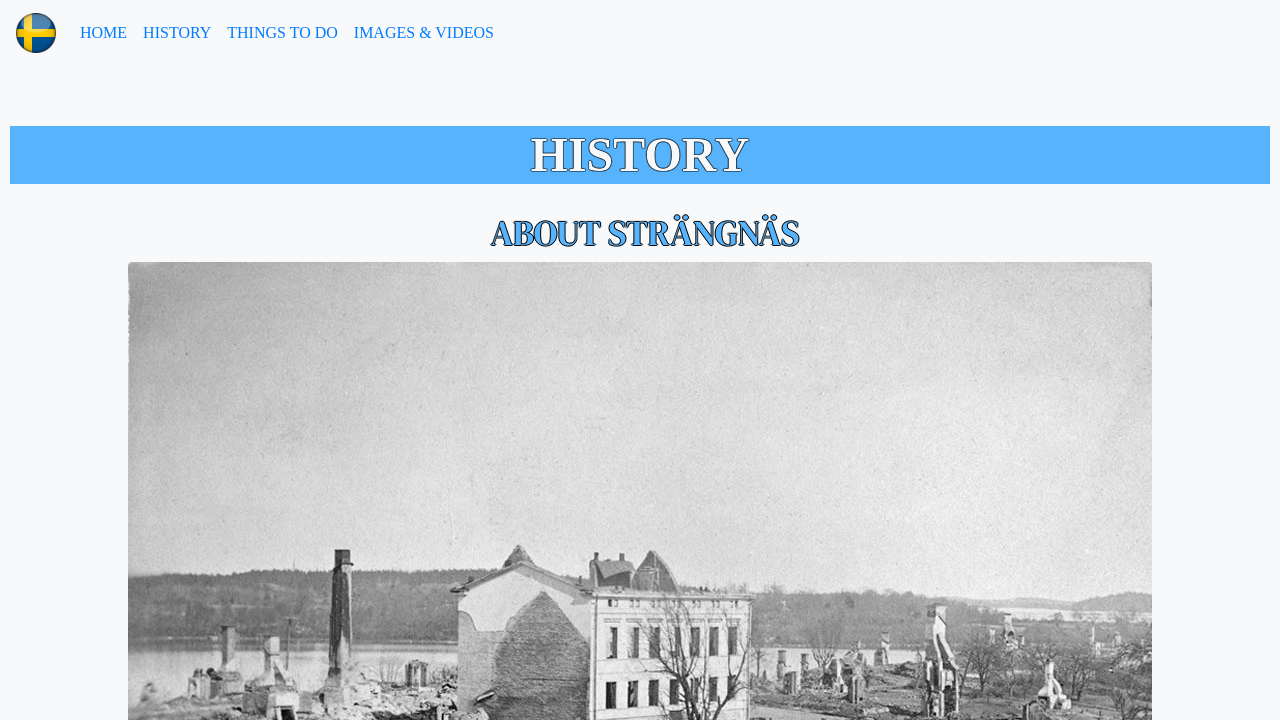
Repository: kososwede/first-project
Page: history.html
The author's editor kept a record of every edit. The page is drawn from the files as they stood at one moment, then again after the next edit.
The browser window is 1280 px wide. The pictures show the whole page.
An inner scrolling area shows only its first screen. Some web fonts or font styles are not loaded; a fallback is used.

Above is the page before.

After the next edit:
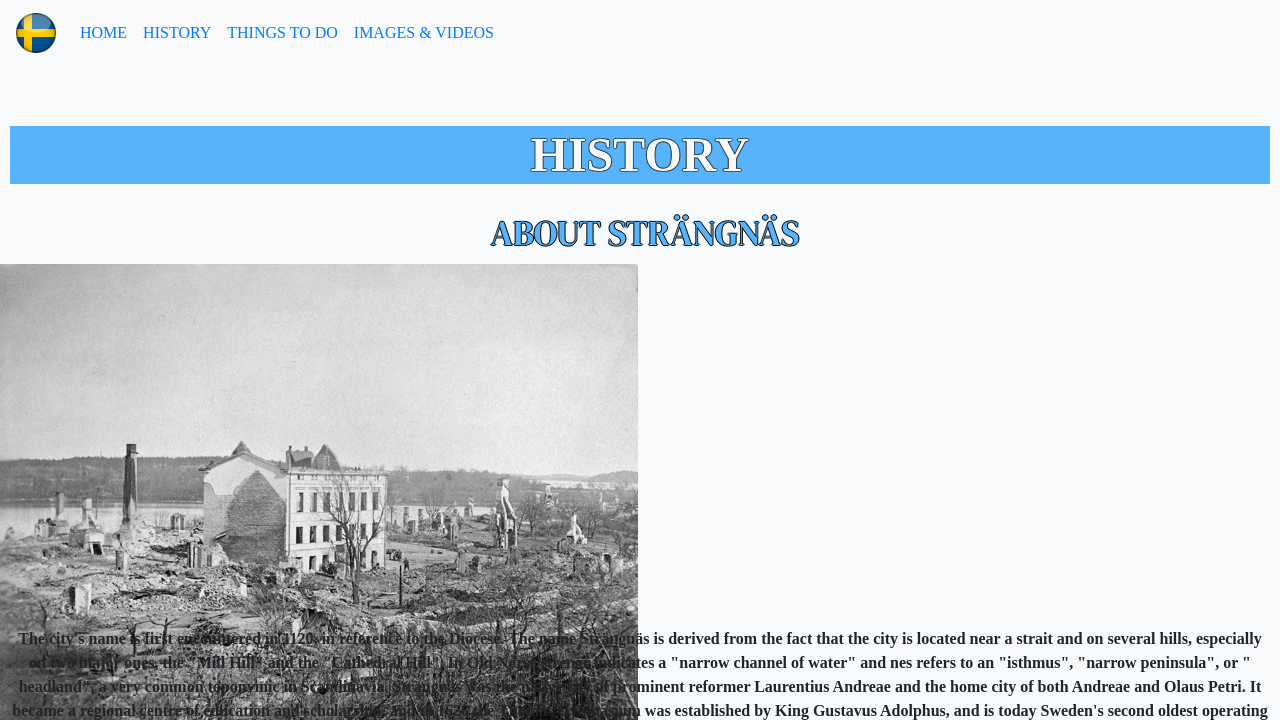
The edit:
--- a/history.html
+++ b/history.html
@@ -42,7 +42,7 @@
     <h1 class="to-do">HISTORY</h1>
     <h2 class="to-do-sub-head1">ABOUT STRÄNGNÄS</h2>
     <div class="row">
-      <div class="col-12">
+      <div class="col-6">
         <img src="assets/images/history pic1.jpg" class="rounded float-center img-fluid"></img>
       </div>
       <div class="col-12">
